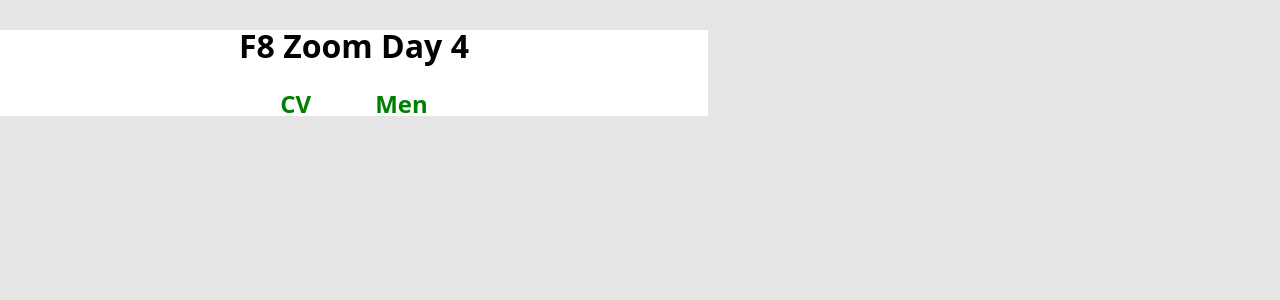
Repository: lannguyen1301/f8-zoom-day-4
Page: index.html
An editor plug-in stored every save of this project. The page is shown before and after a run of saves, followed by the edit.
The browser window is 1280 px wide. The pictures show the whole page.

Above is the page before, as saved 2025-04-17 22:13:03.

After the next 4 saves:
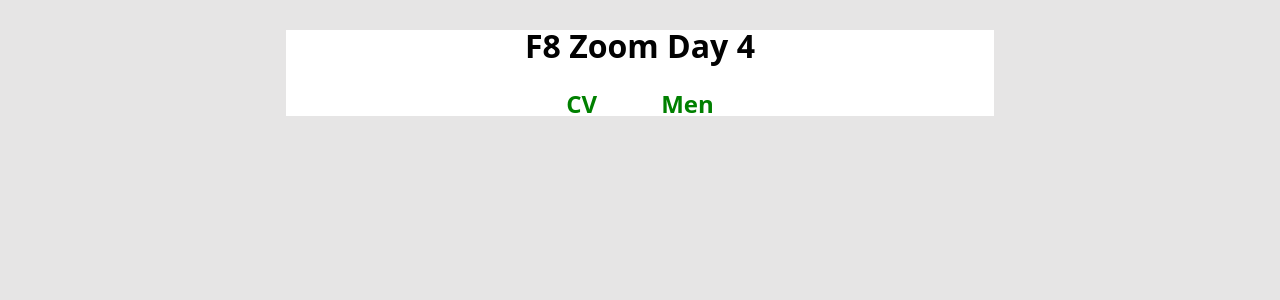
The 4 saves are shown as one change because they came seconds apart.
The last was saved 85 s later.
--- a/assets/css/style.css
+++ b/assets/css/style.css
@@ -15,6 +15,7 @@ a {
 }
 
 .content {
+    margin: inherit;
     background-color: #fff;
 
     max-width: 708px;
